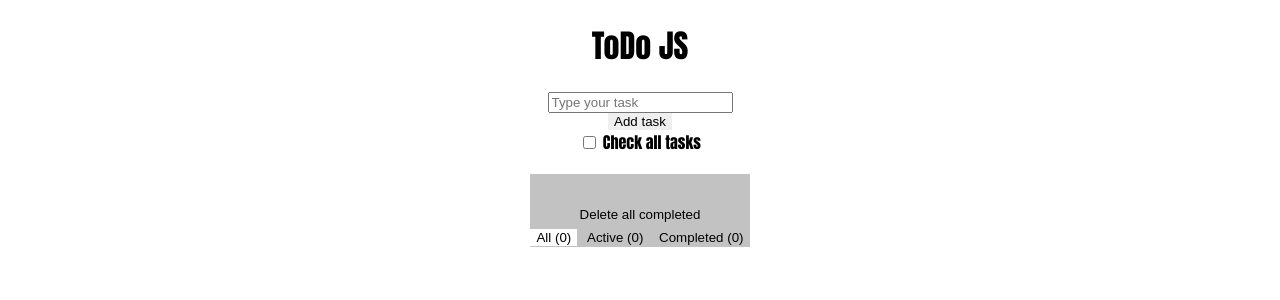
Repository: mklyagin/klyagin_todojs
Page: index.html
An editor plug-in stored every save of this project. The page is shown before and after the next save, followed by the edit.
The browser window is 1280 px wide. The pictures show the whole page.

Above is the page before, as saved 2024-02-27 16:35:19.

### index.html
<!DOCTYPE html>
<html lang="en">
  <head>
    <meta charset="UTF-8">
    <meta name="viewport" content="width=device-width, initial-scale=1.0">
    <title>ToDo JS</title>
    <link rel="stylesheet" href="./style.css">
  </head>
  <body>
    <h1>ToDo JS</h1>
    <input id="enter-task-input" placeholder="Type your task">
    <button type="button" id="add-task-button">Add task</button>
    <div class ='check-all-task'>
      <input type="checkbox" id="check-all-checkbox">
      <span>Check all tasks</span>
    </div>
    <div class="task-functions">
      <ul id="task-list"></ul>
      <button type="button" id="delete-all-completed-button">
        Delete all completed
      </button>
      <div id="tabulation">
        <button id="show-all" class="tab-button active">All (0)</button>
        <button id="show-active" class="tab-button">Active (0)</button>
        <button id="show-completed" class="tab-button" >Completed (0)</button>
      </div>
    </div>
    <div id="pagination"></div>
    <script src="./script.js"></script>
  </body>
</html>

### style.css

body {
  display: flex;
  flex-direction: column;
  margin: auto;
  align-items: center;
  justify-content: center;
  font-family: Impact, Haettenschweiler, 'Arial Narrow Regular', sans-serif;
}

body > h1 {
  font-family: Impact, Haettenschweiler, 'Arial Narrow Bold', sans-serif;
}

button {
 border: none;
}

li {
  text-decoration: none;
  list-style-type: none;
}

.task-functions {
  margin: 20px 20px;
  display: flex;
  flex-direction: column;
  align-items: center;
  justify-content: space-between;
  background: #c2c2c2;
}

.task-functions > button {
  background-color: inherit;
}

.tabulation {
  background-color: inherit;
}

.tab-button {
  background-color: inherit;
}

.hidden-element {
  display: none;
}

.active {
  background-color: white;
}

.page-number {
  border: 1px solid black;
  border-radius: 100%;
}

### script.js
const main = () => {
  const buttonTaskAdd = document.querySelector('#add-task-button');
  const inputTask = document.querySelector('#enter-task-input');
  const ulTask = document.querySelector('#task-list');
  const checkAllCheckbox = document.querySelector('#check-all-checkbox');
  const deleteAllCompletedButton = document.querySelector('#delete-all-completed-button');
  const tabulationDiv = document.querySelector('#tabulation');
  const paginationDiv = document.querySelector('#pagination');

  const ENTER_KEY = 'Enter';
  const ESCAPE_KEY = 'Escape';
  const QUANTITY_OF_TASKS = 5;

  let taskList = [];
  let taskListPages = [[]];
  let filterType = 0;
  let currentPage = 0;

  const strValidation = (inputStr) => inputStr.replace(/[!@#$%^&*()'"`<>;:]/g, '');

  const checkAllTaskStates = () => {
    checkAllCheckbox.checked = taskList.length
      ? (taskList.every((task) => task.isDone))
      : false;
  };

  const listToPages = (currentList) => {
    taskListPages = [[]];
    let index = 0;
    currentList.forEach((task) => {
      if (taskListPages[index].length === QUANTITY_OF_TASKS) {
        taskListPages.push([]);
        index += 1;
      }
      taskListPages[index].push(task);
    });
  };

  const taskFilter = (currentList) => {
    switch (filterType) {
      case (0):
        return currentList;
      case (1):
        currentList = currentList.filter((task) => !task.isDone);
        return currentList;
      case (2):
        currentList = currentList.filter((task) => task.isDone);
        return currentList;
      default:
        return undefined;
    }
  };

  const taskValidation = () => {
    taskList.forEach((task) => {
      task.title = task.title.trim();
    });
    taskList = taskList.filter((task) => task.title.length);
  };
  const taskFilterCounter = () => {
    const counter = {
      total: taskList.length,
      active: (taskList.filter((task) => !task.isDone)).length,
      completed: (taskList.filter((task) => task.isDone)).length,
    };

    return counter;
  };

  const taskRender = (isAdding) => {
    let listOfTasks = '';
    let prePaginationList = '';
    let currentList = [];
    taskValidation();
    currentList = taskFilter(taskList);
    listToPages(currentList);
    if (isAdding) {
      currentPage = taskListPages.length - 1;
    }
    taskListPages[currentPage].forEach((task) => {
      listOfTasks
    += `<li id=${task.id}>
    <input type="checkbox" class="check-task" ${task.isDone ? 'checked' : ''}>
    <span class="task-title">${task.title}</span>
    <input hidden class="edit-task" id=${task.id} value=${task.title} >
    <button type="button" class="delete-task">X</button>
    </li>`;
    });
    ulTask.innerHTML = listOfTasks;
    checkAllTaskStates();
    const tabNumbers = taskFilterCounter();
    for (let index = 0; index < 3; index += 1) {
      if (index === filterType) {
        tabulationDiv.children[index].classList.add('active');
      } else {
        tabulationDiv.children[index].classList.remove('active');
      }
    }
    tabulationDiv.children[0].innerHTML = `All (${tabNumbers.total})`;
    tabulationDiv.children[1].innerHTML = `Active (${tabNumbers.active})`;
    tabulationDiv.children[2].innerHTML = `Completed (${tabNumbers.completed})`;
    for (let i = 0; i < taskListPages.length; i += 1) {
      prePaginationList += `<button class="page-number ${(i === currentPage ? 'active' : '')}">${i + 1}</button>`;
    }
    paginationDiv.innerHTML = prePaginationList;
  };

  const setPage = (event) => {
    if (event.target.classList.contains('page-number')) {
      currentPage = event.target.innerHTML - 1;
    }
    taskRender();
  };

  const addTask = () => {
    const task = {
      id: Date.now(),
      title: strValidation(inputTask.value),
      isDone: false,
    };

    taskList.push(task);
    inputTask.value = '';
    taskRender(true);
  };

  const editVisibilityToggle = (target) => {
    target.hidden = !target.hidden;
    if (target.className === 'task-title') {
      target.nextElementSibling.hidden = !target.nextElementSibling.hidden;
      target.nextElementSibling.focus();
    } else {
      target.previousElementSibling.hidden = !target.previousElementSibling.hidden;
    }
  };

  const editMode = (event) => {
    if (event.target.className === 'edit-task') {
      if (event.key === ESCAPE_KEY) {
        taskRender();
      } else if (event.key === ENTER_KEY || (event.type === 'blur' && event.sourceCapabilities)) {
        event.target.value = event.target.value.trim();
        if (!event.target.value.length) {
          taskRender();
        } else {
          editVisibilityToggle(event.target.previousElementSibling);
          taskList.forEach((task) => {
            if (task.id === Number(event.target.id)) {
              task.title = strValidation(event.target.value);
            }
          });
          taskRender();
        }
      }
    }
  };

  const eventUlHandlerListener = (event) => {
    const eventTaskID = Number(event.target.parentNode.id);
    const elemClass = event.target.className;
    if (elemClass === 'check-task') {
      taskList.forEach((task) => {
        if (task.id === eventTaskID) {
          task.isDone = event.target.checked;
        }
        checkAllTaskStates();
      });
      taskRender();
    } else if (elemClass === 'delete-task' && event.type === 'click') {
      taskList = taskList.filter((task) => task.id !== eventTaskID);
      taskRender();
    } else if (elemClass === 'task-title' && event.detail === 2) {
      editVisibilityToggle(event.target);
    }
  };

  const inputTaskListener = (event) => {
    if (event.key === ENTER_KEY) {
      addTask();
      inputTask.blur();
    }
  };

  const deleteCompleted = () => {
    taskList = taskList.filter((task) => !task.isDone);
    taskRender();
  };

  const checkAll = () => {
    taskList.forEach((task) => {
      task.isDone = checkAllCheckbox.checked;
    });
    taskRender();
  };

  const paginationCounter = (totalNumber) => {
    switch (totalNumber) {
      case 0:
        return 0;
      case totalNumber < 0:
        return console.log('pagination counter returned num < 0');
      default:
        return (Math.ceil(totalNumber / 5) - 1);
    }
  };

  const tabulationListener = (event) => {
    const tabNumbers = taskFilterCounter();
    switch (event.target.id) {
      case ('show-all'):
        filterType = 0;
        currentPage = paginationCounter(tabNumbers.total);
        taskRender();
        break;
      case ('show-active'):
        filterType = 1;
        currentPage = paginationCounter(tabNumbers.active);
        taskRender();
        break;
      case ('show-completed'):
        filterType = 2;
        currentPage = paginationCounter(tabNumbers.completed);
        taskRender();
        break;
      default:
        break;
    }
  };

  ulTask.addEventListener('click', eventUlHandlerListener);
  ulTask.addEventListener('blur', editMode, true);
  ulTask.addEventListener('keydown', editMode);
  buttonTaskAdd.addEventListener('click', addTask);
  inputTask.addEventListener('keydown', inputTaskListener);
  deleteAllCompletedButton.addEventListener('click', deleteCompleted);
  checkAllCheckbox.addEventListener('click', checkAll);
  tabulationDiv.addEventListener('click', tabulationListener);
  paginationDiv.addEventListener('click', setPage);
};
main();

After the next save:
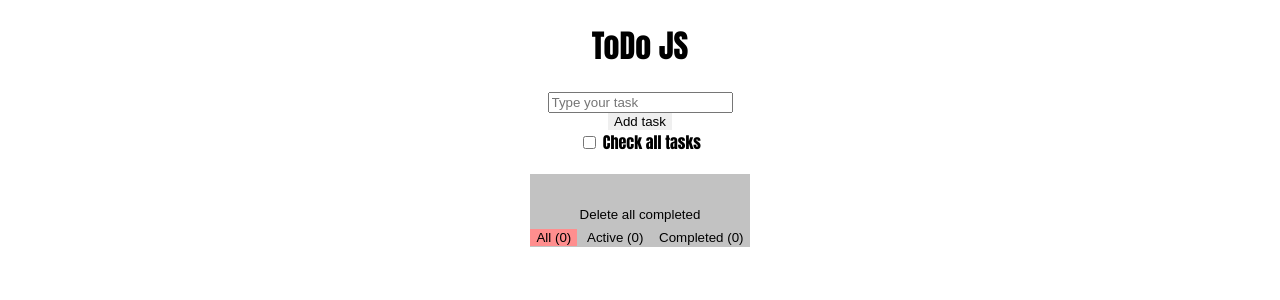
Saved 48 s later.
--- a/style.css
+++ b/style.css
@@ -47,7 +47,7 @@ li {
 }
 
 .active {
-  background-color: white;
+  background-color: rgb(255, 142, 142);
 }
 
 .page-number {
